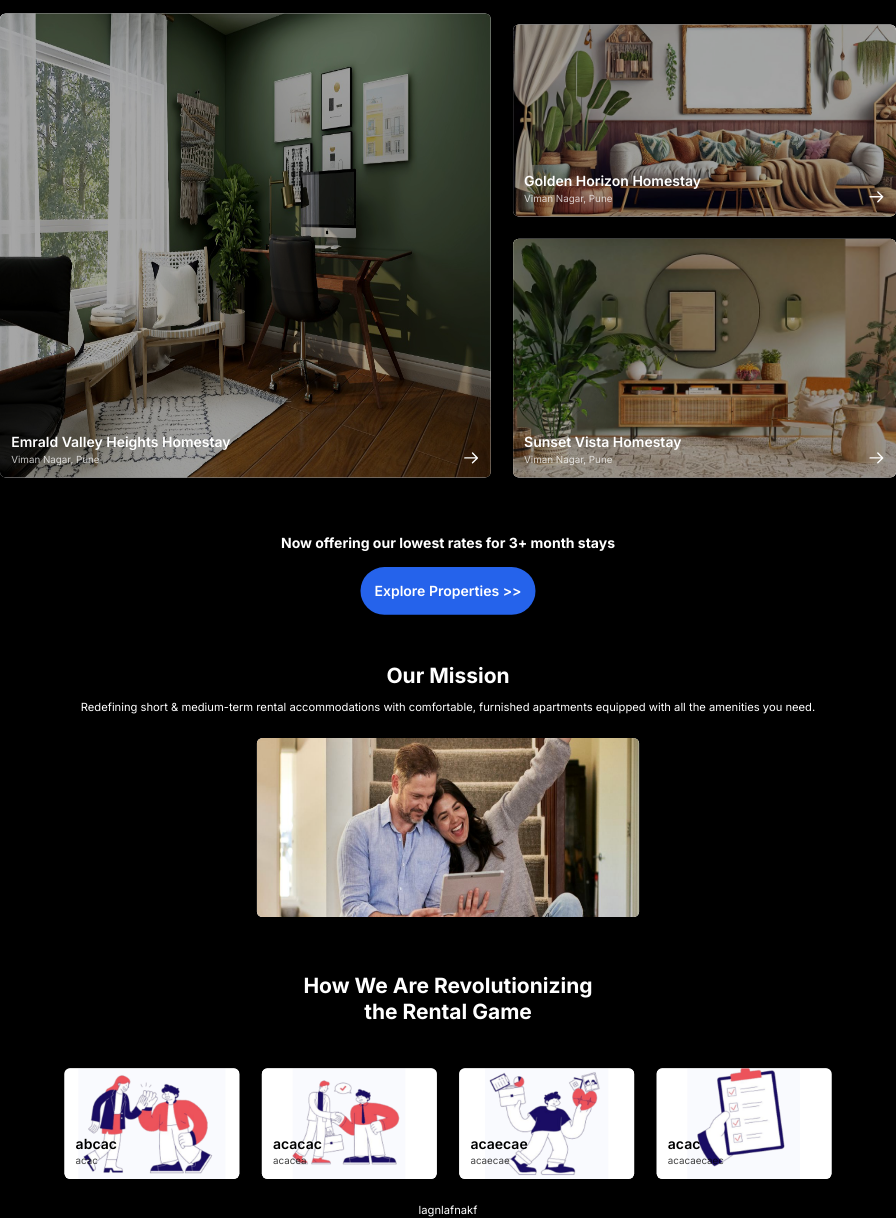
Repository: aditya-jha-kumar/BleisureHosting-V1
Page: /home
An editor plug-in stored every save of this project. The page is shown before and after the next save, followed by the edit.
The browser window is 1280 px wide. The pictures show the part of the page from y = 913 to 2833 px (the page is 2653 px tall before and 2833 px after), at 70% of full size.
The project was rebuilt for these pictures with package versions that can differ from the ones it lists, and the page was loaded fresh each time. The framework's server and built-in components were replaced by stand-ins that run in the browser. Also part of the build but not shown: next.config.mjs.

Above is the page before, as saved 2024-06-12 15:38:12.

After the next save:
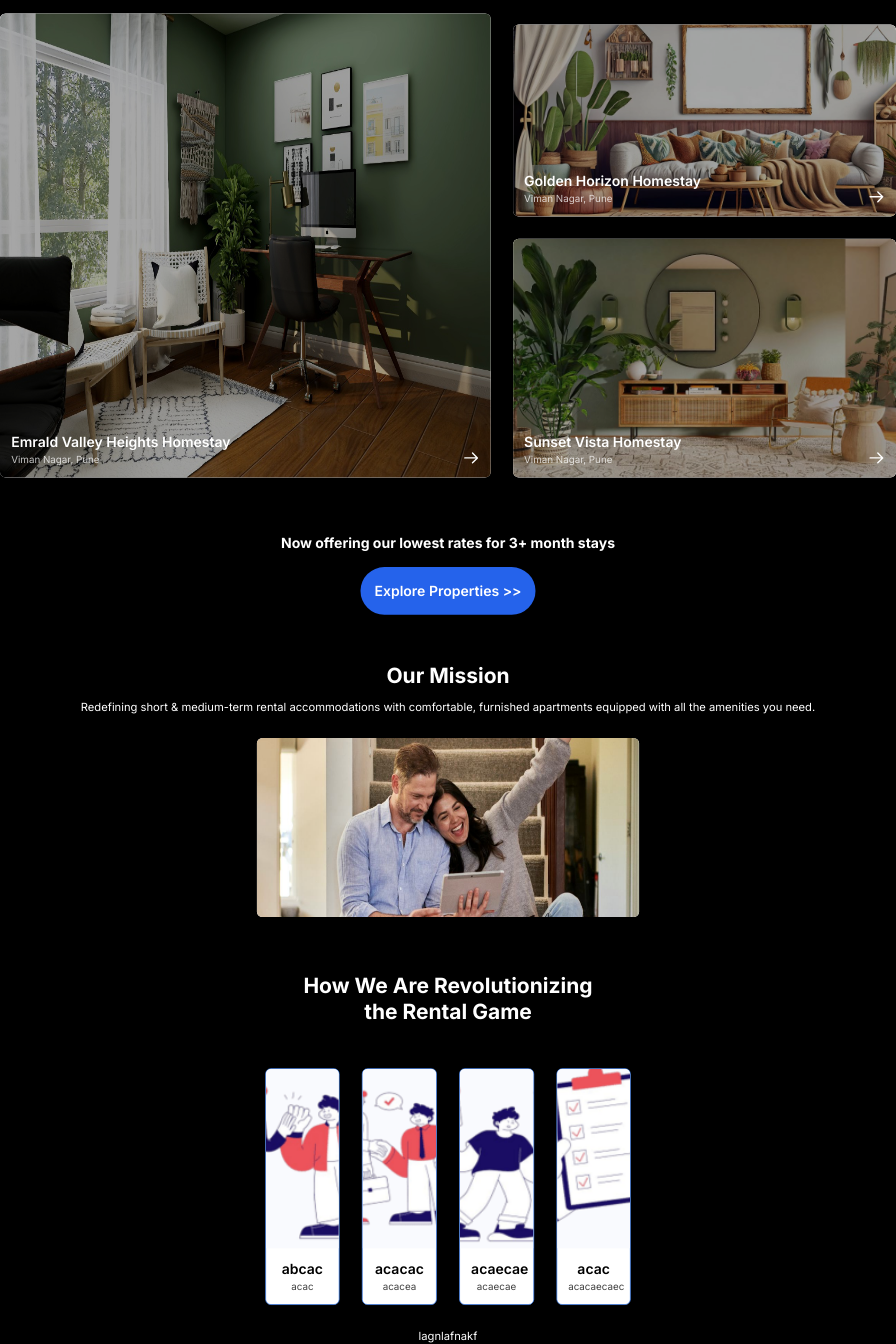
Saved 69 s later.
--- a/src/components/Card2.tsx
+++ b/src/components/Card2.tsx
@@ -1,64 +1,30 @@
+import React from "react";
+// Card2.tsx
+
 import React from "react";
 
 interface CardProps {
   imageSrc: string;
   largeText: string;
   smallText: string;
-  showOverlay?: boolean; // Optional prop to show/hide overlay
-  showArrow?: boolean; // Optional prop to show/hide arrow
-  smallSize?: boolean; // Optional prop to decrease card size
 }
 
-const Card = ({
-  imageSrc,
-  largeText,
-  smallText,
-  showOverlay = false,
-  showArrow = false,
-  smallSize = false,
-}: CardProps) => {
+const Card2 = ({ imageSrc, largeText, smallText }: CardProps) => {
   return (
-    <div
-      className={`relative bg-white rounded-lg shadow-md overflow-hidden group my-8 ${
-        smallSize ? "w-250 h-64" : "w-full h-auto"
-      }`}
-    >
-      {/* Image */}
-      <div className="w-full h-full relative">
-        <img src={imageSrc} alt="Card" className="w-full h-full" />
-        {/* Black overlay */}
-        {showOverlay && (
-          <div className="absolute inset-0 bg-black opacity-35 rounded-lg"></div>
-        )}
+    <div className="relative w-full h-auto bg-white border border-blue-500 rounded-lg shadow-md overflow-hidden my-8">
+      {/* Background Image */}
+      <div
+        className="w-full h-64 bg-cover bg-center"
+        style={{ backgroundImage: `url(${imageSrc})` }}
+      />
+
+      {/* Content */}
+      <div className="p-4 text-center text-black">
+        <h2 className="text-xl font-semibold">{largeText}</h2>
+        <p className="text-sm opacity-75">{smallText}</p>
       </div>
-
-      {/* Large Text */}
-      <div className="absolute bottom-0 left-0 p-4">
-        <h2 className="text-xl font-semibold text-black">{largeText}</h2>
-        <p className="text-sm text-black opacity-75">{smallText}</p>
-      </div>
-
-      {/* Arrow Icon */}
-      {showArrow && (
-        <div className="absolute bottom-0 right-0 p-4">
-          <svg
-            xmlns="http://www.w3.org/2000/svg"
-            className="h-6 w-6 text-black"
-            fill="none"
-            viewBox="0 0 24 24"
-            stroke="currentColor"
-          >
-            <path
-              strokeLinecap="round"
-              strokeLinejoin="round"
-              strokeWidth={2}
-              d="M14 5l7 7m0 0l-7 7m7-7H3"
-            />
-          </svg>
-        </div>
-      )}
     </div>
   );
 };
 
-export default Card;
+export default Card2;
